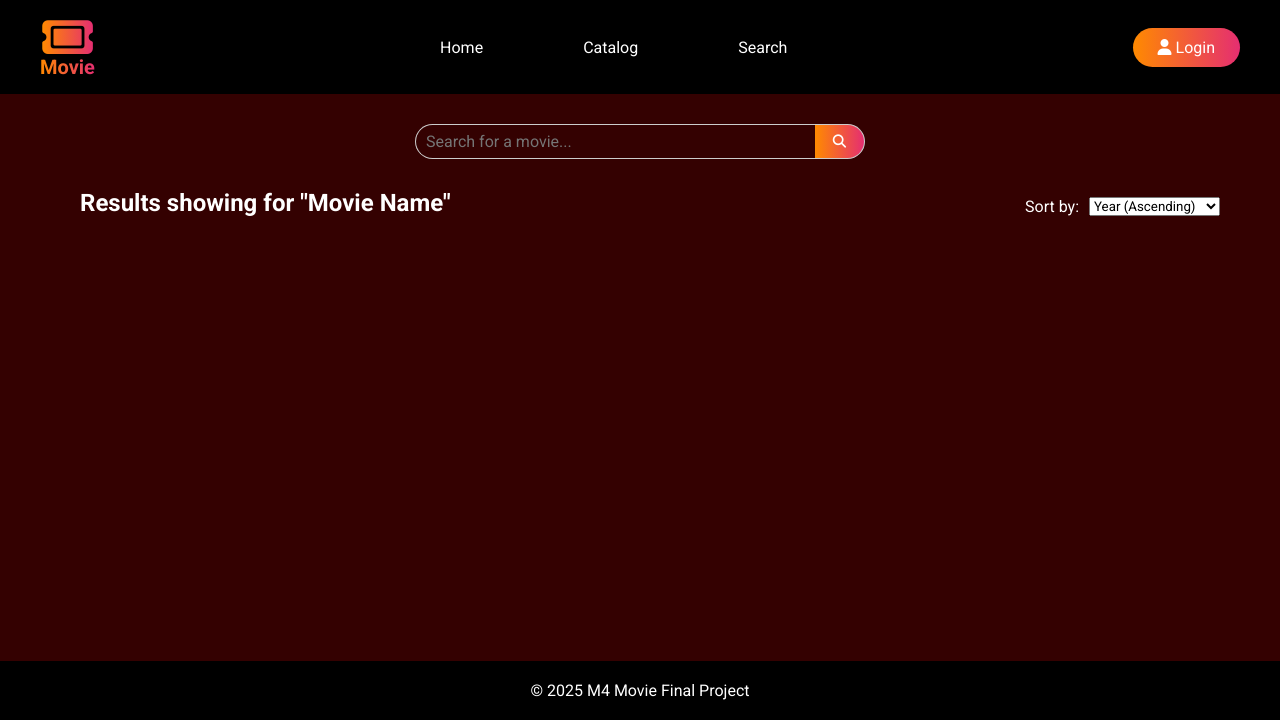
Repository: avivanguyen/m4_movie-FinalProject
Page: index.html
The author's editor kept a copy of each file at every save. The page is drawn from the files as they stood at one save, then again after the next save.
The browser window is 1280 px wide. The pictures show the whole page.
Some web libraries are served in a nearby version.

Above is the page before, as saved 2025-12-30 08:03:01.

### index.html
<!DOCTYPE html>
<html lang="en">
<head>
    <meta charset="UTF-8">
    <meta name="viewport" content="width=device-width, initial-scale=1.0">
    <title>M4 Movie Final Project</title>
    <link rel="stylesheet" href="styles.css">
    <script src="script.js" defer></script>
    <script src="https://kit.fontawesome.com/2588cf0bac.js" crossorigin="anonymous"></script>
</head>
<body>
    <nav>
        <div class="logo">
            <i class="fa-solid fa-ticket logo__ticket"></i>
            <h1 class="logo__title">Movie</h1>
        </div>
        <ul class="nav-links">
            <li><a href="#">Home</a></li>
            <li><a href="#">Catalog</a></li>
            <li><a href="#">Search</a></li>
        </ul>
        <div class="login">
            <button>
                <a href="#">
                    <i class="fa-solid fa-user login__icon"></i>
                    <span class="login__text">Login</span>
                </a>
            </button>
        </div>
    </nav>
    <main>
        <section class="search-section">
            <input type="text" id="search-input" placeholder="Search for a movie..." onchange="onSearchMovie(event)">
            <button id="search-button"><i class="fa-solid fa-magnifying-glass"></i></button>
        </section>
        <section class="results__section">
            <div id="results__container">
                <div class="breadcrumb">
                    <h2>Results showing for "<span id="search-term">Movie Name</span>"</h2>
                </div>
                <div class="sort">
                    <label for="sort-select">Sort by:</label>
                    <select id="sort-select" onchange="onSortChange(event)">
                        <option value="year-ascending">Year (Ascending)</option>
                        <option value="year-descending">Year (Descending)</option>
                        <option value="title-ascending">Movie Title (A-Z)</option>
                        <option value="title-descending">Movie Title (Z-A)</option>
                    </select>
                </div>
                <div class="loading hidden">
                    <i class="fa fa-spinner fa-spin"></i>
                </div>
                <div class="movie">
                    <div class="movie-card hidden">
                        <div class="movie-card__container" onclick="toggleModal()">
                            <div class="movie__poster">
                                <img src="./assets/movie_poster-placeholder.png" alt="">
                            </div>
                            <div class="movie__title">Movie Title</div>
                            <div class="movie__year">20XX</div>
                        </div>
                    </div>
                    <!-- <div class="movie-card">
                        <div class="movie-card__container" onclick="toggleModal()">
                            <div class="movie__poster">
                                <img src="./assets/movie_poster-placeholder.png" alt="">
                            </div>
                            <div class="movie__title">Movie Title</div>
                            <div class="movie__year">20XX</div>
                        </div>
                    </div>
                    <div class="movie-card">
                        <div class="movie-card__container" onclick="toggleModal()">
                            <div class="movie__poster">
                                <img src="./assets/movie_poster-placeholder.png" alt="">
                            </div>
                            <div class="movie__title">Movie Title</div>
                            <div class="movie__year">20XX</div>
                        </div>
                    </div>
                    <div class="movie-card">
                        <div class="movie-card__container" onclick="toggleModal()">
                            <div class="movie__poster">
                                <img src="./assets/movie_poster-placeholder.png" alt="">
                            </div>
                            <div class="movie__title">Movie Title</div>
                            <div class="movie__year">20XX</div>
                        </div>
                    </div>
                    <div class="movie-card">
                        <div class="movie-card__container" onclick="toggleModal()">
                            <div class="movie__poster">
                                <img src="./assets/movie_poster-placeholder.png" alt="">
                            </div>
                            <div class="movie__title">Movie Title</div>
                            <div class="movie__year">20XX</div>
                        </div>
                    </div>
                    <div class="movie-card">
                        <div class="movie-card__container" onclick="toggleModal()">
                            <div class="movie__poster">
                                <img src="./assets/movie_poster-placeholder.png" alt="">
                            </div>
                            <div class="movie__title">Movie Title</div>
                            <div class="movie__year">20XX</div>
                        </div>
                    </div> -->
                </div>
            </div>
        </section>
        <div class="modal">
            <div class="modal__half modal__poster">
                <figure>
                    <img src="./assets/movie_poster-placeholder.png" alt="">
                </figure>
            </div>
            <div class="modal__half modal__description">
                <h2 class="modal__title">Movie Title</h2>
                <p class="modal__year">20XX</p>
                <p class="modal__plot">Lorem ipsum dolor sit amet, consectetur adipiscing elit. Sed do eiusmod tempor incididunt ut labore et dolore magna aliqua.</p>
                <ul class="modal__details">
                    <li><strong>Director:</strong> Director Name</li>
                    <li><strong>Actors:</strong> Actor 1, Actor 2, Actor 3</li>
                    <li><strong>Runtime:</strong> XX min</li>
                </ul>
                <button class="watch">Watch Now</button>
            </div>
            <button class="close-button" onclick="toggleModal()">Close</button>
        </div>
    </main>
    <footer>
        <p>&copy; 2025 M4 Movie Final Project</p>
    </footer>
</body>
</html>

### styles.css
@import url('https://fonts.googleapis.com/css2?family=Roboto:ital,wght@0,100..900;1,100..900&display=swap');

* {
    margin: 0;
    padding: 0;
    box-sizing: border-box;
    font-family: 'Roboto', sans-serif;
}

body {
    background-color: #340101;
    min-height: 100vh;
    display: flex;
    flex-direction: column; /*ensures footer stays at bottom*/
}

a {
    text-decoration: none;
}

li {
    list-style: none;
}

.hidden {
    display: none !important;
}

/*
NAVIGATION STYLES
*/
nav {
    display: flex;
    justify-content: space-between;
    align-items: center;
    flex-direction: row;
    background-color: black;
    width: 100%;
    padding: 15px 40px;
}

.logo {
    display: flex;
    align-items: center;
    flex-direction: column;
}

.logo__ticket,
.logo__title {
    background: linear-gradient(90deg, #ff8a00, #e52e71);
    background-clip: text;
    -webkit-background-clip: text;
    -webkit-text-fill-color: transparent;
}

.logo__ticket {
    font-size: 45px;
    margin-bottom: -5px;
}

.logo__title {
    font-size: 20px;
}

.nav-links {
    display: flex;
    flex-direction: row;
    gap: 100px;
}

.nav-links a {
    color: white;
    font-size: 16px;
    transition: color 300ms ease;
}

.nav-links a:hover,
.close-button:hover {
    color: #ff8a00;
}

.login button,
.modal button.watch {
    background: linear-gradient(90deg, #ff8a00, #e52e71);
    border: none;
    padding: 10px 25px;
    border-radius: 50px;
    color: white;
    font-size: 16px;
    cursor: pointer;
    transition: transform 300ms ease;
}
.login button:hover,
.modal button.watch:hover {
    transform: scale(1.1);
}

.login a {
    color: white;
}


/*
SEARCH STYLES
*/
.search-section {
    display: flex;
    justify-content: center;
    align-items: center;
    margin: 30px 0;
}

#search-input {
    width: 400px;
    height: 35px;
    padding: 0 10px;
    font-size: 16px;
    border: 1.5px solid #ccc;
    border-right: none;
    border-radius: 50px 0 0 50px;
    outline: none;
    background-color: transparent;
    color: white;
}

#search-button {
    height: 35px;
    width: 50px;
    outline: none;
    border-radius: 0 50px 50px 0;
    border: 1.5px solid #ccc;
    border-left: none;
    cursor: pointer;
    background: linear-gradient(90deg, #ff8a00, #e52e71);
    transition: all 300ms ease;
    position: relative;
}
#search-button:hover {
    background: transparent;
    border: 2px solid transparent;
    background-image: linear-gradient(#340101, #340101), linear-gradient(90deg, #ff8a00, #e52e71);
    background-origin: border-box;
    background-clip: padding-box, border-box;
}

.search-section #search-button i {
    color: white;
}

.sort label {
    color: white;
    margin-right: 10px;
}

.sort {
    display: flex;
    justify-content: flex-end;
    align-items: center;
    margin-top: -60px;
}

/*
LOADING STYLES
*/
.loading {
    justify-content: center;
    align-items: center;
    margin-top: 20px;
    opacity: 1;
    transition: opacity 500ms ease-in-out;
}

.loading:not(.hidden) {
    display: flex;
}

.loading.hidden {
    opacity: 0;
    transition: opacity 500ms ease-in-out 1000ms;
}

.fa-spinner {
    font-size: 35px;
    color: white;
}

/*
RESULTS STYLES
*/
.breadcrumb {
    color: white;
    margin-left: 20px;
    margin-bottom: 40px;
}

.results__section {
    margin: 0 60px;
}

.movie {
    width: 100%;
    height: auto;
    padding: 0 80px;
    display: flex;
    flex-direction: row;
    flex-wrap: wrap;
    justify-content: center;
}

.movie-card {
    cursor: pointer;
    margin: 15px;
    width: 200px; /*makes sure all cards are same size and that the text doesn't overflow*/
    display: flex;
    flex-direction: row;
    flex-wrap: wrap;
    justify-content: center;
    transition: transform 300ms ease;
}
.movie-card:hover {
    transform: scale(1.05);
    background-color: #4d0d0d;
    border-radius: 8px;
    box-shadow: 0 6px 12px #4d0d0d;
}

.movie-card__container {
    padding: 4px 18px;
}

.movie__poster img {
    width: 200px;
    height: 300px;
    box-shadow: 0 4px 8px rgba(0, 0, 0, 0.2);
}

.movie__title,
.movie__year {
    color: white;
    text-align: center;
    margin-top: 2px;
}

/*
MODAL STYLES
*/
.modal {
    display: flex;
    position: fixed;
    top: 50%;
    left: 50%;
    transform: translate(-50%, -50%);
    width: 90%;
    max-width: 1100px;
    background-color: #4b3434;
    box-shadow: 0 6px 12px #4d0d0d;
    visibility: hidden;
    transition: visibility 400ms, z-index 300ms ease;
}

.modal--open .modal {
    display: flex;
    z-index: 50;
    box-shadow: 0 6px 12px #4d0d0d;
    visibility: visible;
}

.modal__half {
    display: flex;
    flex-direction: column;
    justify-content: center;
    position: relative;
}

.modal__poster img {
    width: 100%;
}

.modal__description {
    padding: 80px;
    color: white;
    line-height: 2.5;
}

.watch {
    margin-top: auto;
    width: 50%;
    display: flex;
    justify-content: center;
    align-items: center;
    margin-left: 100px;
}

.close-button {
    position: absolute;
    top: 15px;
    right: 30px;
    font-size: 20px;
    color: white;
    cursor: pointer;
    background-color: transparent;
    border: none;
}

/*
FOOTER STYLES
*/
footer {
    text-align: center;
    padding: 20px 0;
    background-color: black;
    color: white;
    margin-top: auto;
}


/*
RESPONSIVE STYLES
*/
@media (max-width: 768px) {
    .nav-links {
            gap: 75px;
        }

    #search-input {
        width: 300px;
    }

    .movie-card {
        margin: 15px;
    }

    .modal__description {
        padding: 40px;
        line-height: 2;
    }

    .modal__details {
        margin-bottom: 15px;
    }

    .close-button {
        font-size: 18px;
    }
}

@media (max-width: 480px) {
    nav {
        padding: 8px 20px;
    }
    .nav-links {
        gap: 50px;
    }

    .login__text {
        display: none;
    }
    .login button {
        padding: 10px;
    }

    .movie-card {
        margin: 8px;
    }
    .movie__poster img {
        width: 150px;
        height: auto;
    }
    .movie__title, .movie__year {
        font-size: 20px;
    }

    .results__section {
        margin: 0 20px;
    }
    .movie {
        padding: 0;
    }

    .modal {
        flex-direction: column;
    }
    .modal__description {
        padding: 18px;
        line-height: 1.8;
    }
    .modal__poster {
        display: flex;
        justify-content: center;
        align-items: center;
        text-align: center;
    }
    .modal__poster img {
        width: 50%;
    }
}

### script.js
//API key: 5aa2e87d
//base URL: https://www.omdbapi.com/?apikey=5aa2e87d&s=MOVIE_NAME_HERE

//Modal functionality
let isModalOpen = false;

function toggleModal() {
  if (isModalOpen) {
    isModalOpen = !isModalOpen;
    return document.body.classList.remove("modal--open");
  }
  isModalOpen = true;
  document.body.classList += " modal--open";
}

//Search functionality
async function onSearchMovie(event) {
  const searchMovie = event.target.value;

  if (!searchMovie) return;

  //breadcrumb
  document.getElementById("search-term").textContent = searchMovie;

  const movieContainer = document.querySelector(".movie");
  const loadingSpinner = document.querySelector(".loading");

  loadingSpinner.classList.remove("hidden");

  // Fetch movies from API
  const response = await fetch(
    `https://www.omdbapi.com/?apikey=5aa2e87d&s=${searchMovie}`
  );
  const data = await response.json();

  loadingSpinner.classList.add("hidden");

  if (data.Response === "True") {
    movieContainer.innerHTML = data.Search
    .slice(0, 6) // Limit to first 6 results//
      .map((movie) => movieCardHtml(movie))
      .join("");
  } else {
    movieContainer.innerHTML = `<div class="breadcrumb">
            <h2>Results showing for "<span id="search-term">${searchMovie}</span>"</h2>
        </div>`;
  }
}

//Movie card results
function movieCardHtml(movie) {
  return `
    <div class="movie-card">
        <div class="movie-card__container" onclick="toggleModal()">
            <div class="movie__poster">
                <img src="${
                  movie.Poster !== "N/A"
                    ? movie.Poster
                    : "./assets/movie_poster-placeholder.png"
                }" alt="">
            </div>
            <div class="movie__title">${movie.Title}</div>
            <div class="movie__year">${movie.Year}</div>
        </div>
    </div>`;
}

// //Movie modal results
// async function movieModalHtml(imdbID) {
//   toggleModal();
//   const response = await fetch(
//     `https://www.omdbapi.com/?apikey=5aa2e87d&i=${imdbID}`
//   );
//   const movie = await response.json();

//   document.querySelector(".modal__poster img").src =
//     movie.Poster !== "N/A"
//       ? movie.Poster
//       : "./assets/movie_poster-placeholder.png";
//   document.querySelector(".modal__title").textContent = movie.Title;
//   document.querySelector(".modal__year").textContent = movie.Year;
// }
// function movieModalHtml(movie) {
//   return `
//     <div class="modal">
//             <div class="modal__half modal__poster">
//                 <figure>
//                     <img src="${
//                       movie.Poster !== "N/A"
//                         ? movie.Poster
//                         : "./assets/movie_poster-placeholder.png"
//                     }" alt="">
//                 </figure>
//             </div>
//             <div class="modal__half modal__description">
//                 <h2 class="modal__title">${movie.Title}</h2>
//                 <p class="modal__year">${movie.Year}</p>
//                 <p class="modal__plot">Lorem ipsum dolor sit amet, consectetur adipiscing elit. Sed do eiusmod tempor incididunt ut labore et dolore magna aliqua.</p>
//                 <ul class="modal__details">
//                     <li><strong>Director:</strong> Director Name</li>
//                     <li><strong>Actors:</strong> Actor 1, Actor 2, Actor 3</li>
//                     <li><strong>Runtime:</strong> XX min</li>
//                 </ul>
//                 <button class="watch">Watch Now</button>
//             </div>
//             <button class="close-button" onclick="toggleModal()">Close</button>
//         </div>`;
// }

After the next save:
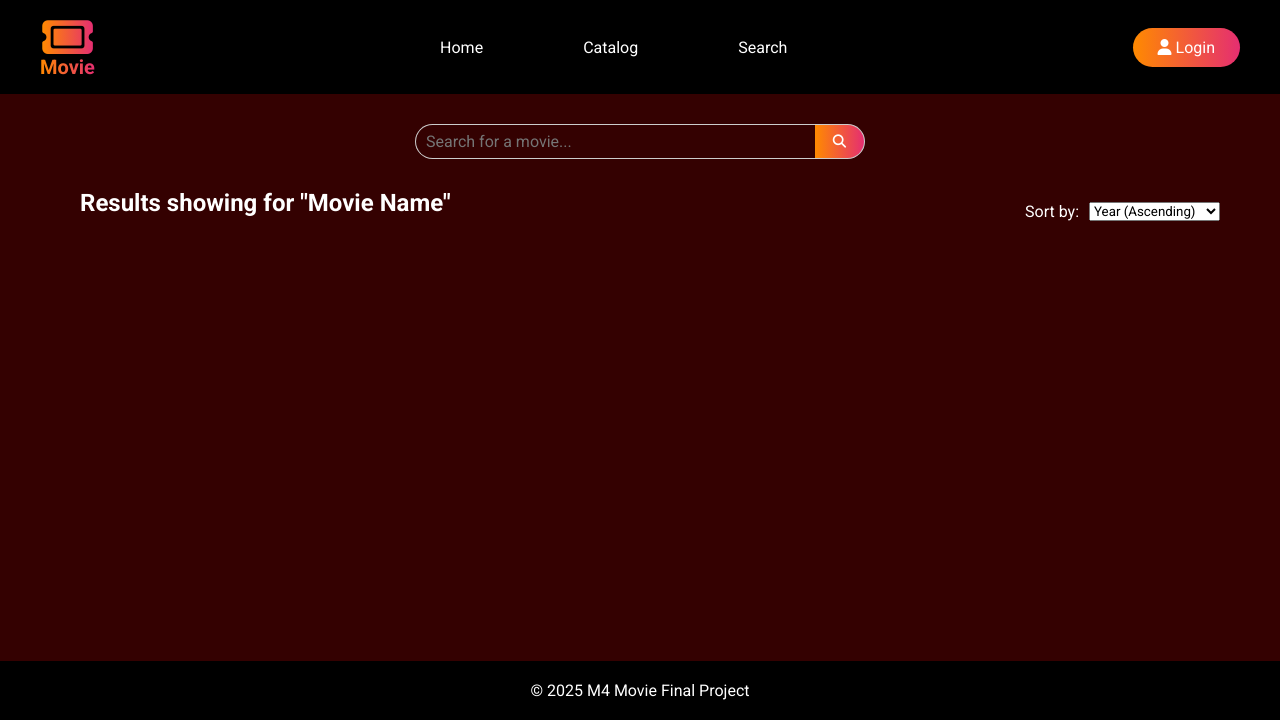
Saved 8 s later.
--- a/styles.css
+++ b/styles.css
@@ -156,7 +156,7 @@
     display: flex;
     justify-content: flex-end;
     align-items: center;
-    margin-top: -60px;
+    margin-top: -55px;
 }
 
 /*

After the save that followed:
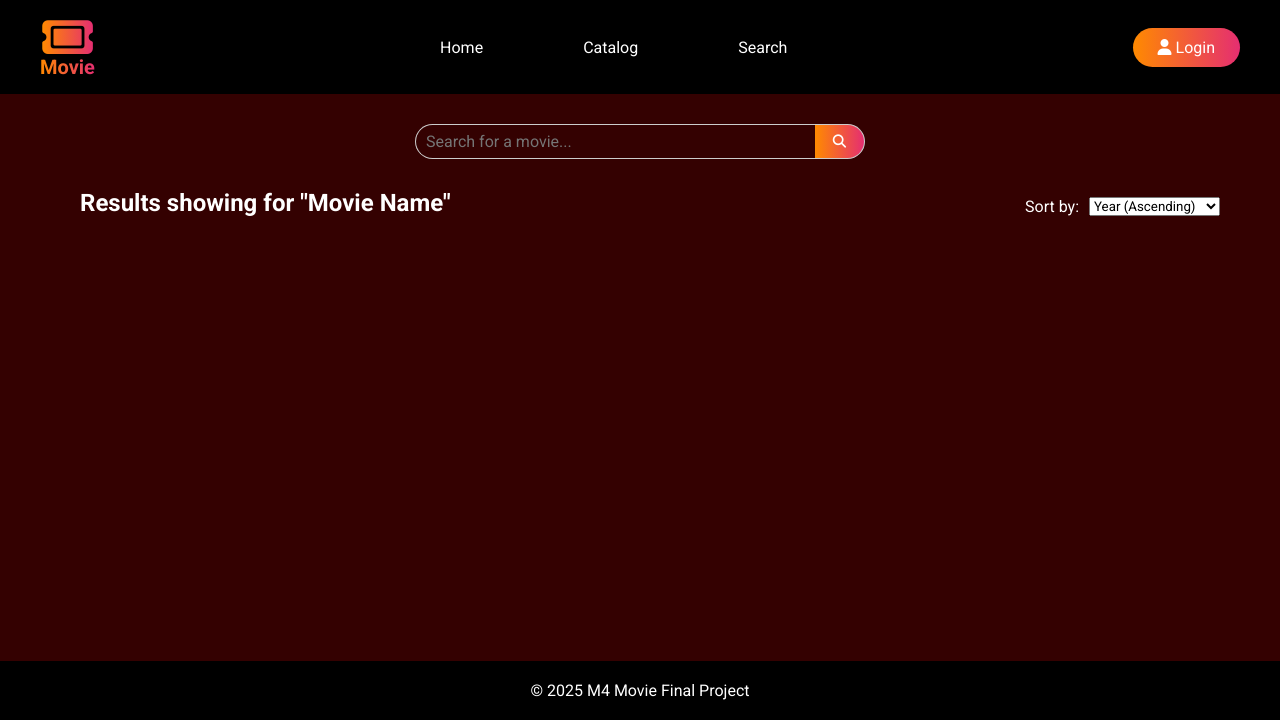
Saved 13 s later.
--- a/styles.css
+++ b/styles.css
@@ -156,7 +156,7 @@
     display: flex;
     justify-content: flex-end;
     align-items: center;
-    margin-top: -55px;
+    margin-top: -60px;
 }
 
 /*
